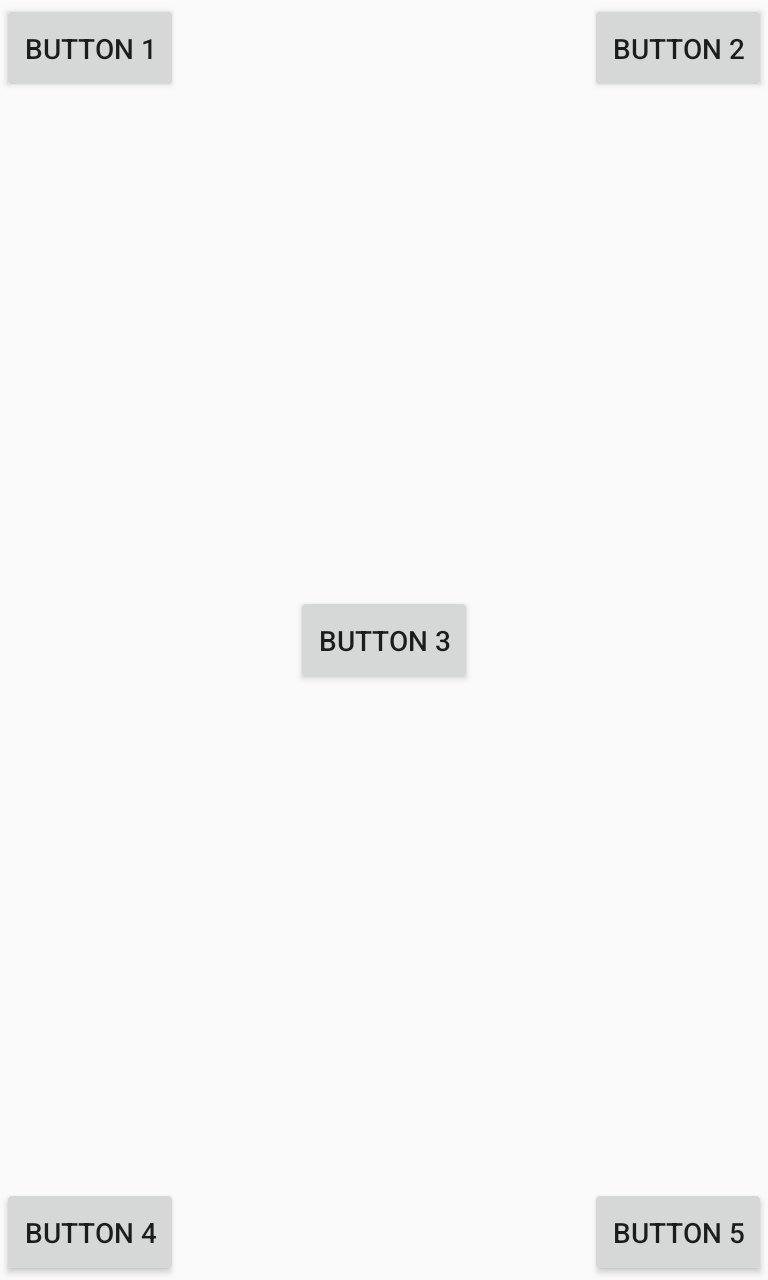
Repository: guyuzhilian/Programs
Layout: Android/UILayoutTest/res/layout/activity_main.xml
An editor plug-in stored every save of this project. The layout is shown before and after the next save, followed by the edit.
It is drawn on a 768 x 1280 px phone screen (xhdpi) without system bars, with theme AppTheme; the app's code is not run.

Above is the layout before, as saved 2015-06-25 08:37:24.

After the next save:
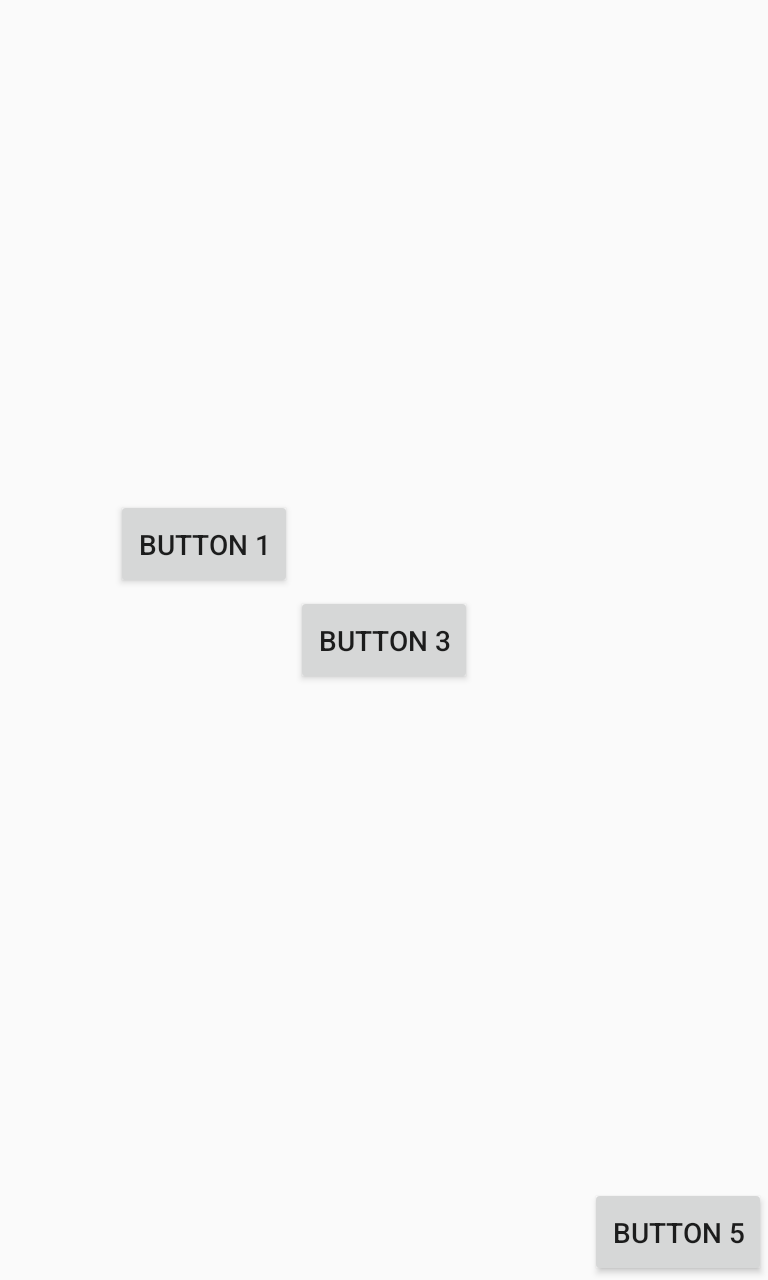
Saved 89 s later.
--- a/Android/UILayoutTest/res/layout/activity_main.xml
+++ b/Android/UILayoutTest/res/layout/activity_main.xml
@@ -1,22 +1,6 @@
 <RelativeLayout xmlns:android="http://schemas.android.com/apk/res/android"
     android:layout_width="match_parent"
     android:layout_height="match_parent" >
-
-	<Button
-	    android:id="@+id/button1"
-	    android:layout_width="wrap_content"
-	    android:layout_height="wrap_content"
-	    android:layout_alignParentLeft="true"
-	    android:layout_alignParentTop="true"
-	    android:text="Button 1" />
-
-	<Button
-	    android:id="@+id/button2"
-	    android:layout_width="wrap_content"
-	    android:layout_height="wrap_content"
-	    android:layout_alignParentRight="true"
-	    android:layout_alignParentTop="true"
-	    android:text="Button 2" />
 
 	<Button
 	    android:id="@+id/button3"
@@ -26,12 +10,12 @@
 	    android:text="Button 3" />
 
 	<Button
-	    android:id="@+id/button4"
+	    android:id="@+id/button1"
 	    android:layout_width="wrap_content"
 	    android:layout_height="wrap_content"
-	    android:layout_alignParentLeft="true"
-	    android:layout_alignParentBottom="true"
-	    android:text="Button 4" />
+	    android:layout_above="@id/button3"
+	    android:layout_toLeftOf="@id/button3"
+	    android:text="Button 1" />
 
 	<Button
 	    android:id="@+id/button5"
